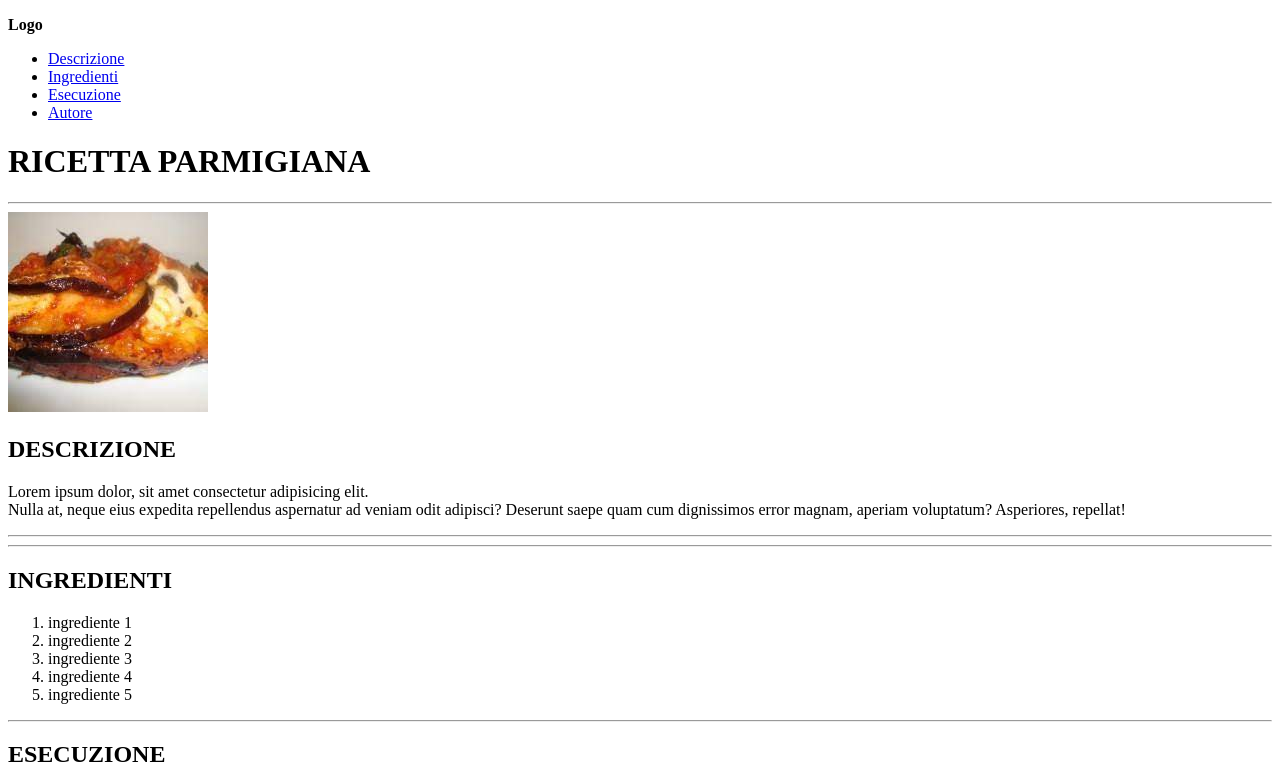
Repository: MicTomm/corso-frontend
Page: HTML/parmigiana/cdi.html
These files come from the project's save history. The page is drawn as it stood at one moment and after the next save; the edit follows.
The browser window is 1280 px wide. The pictures show the part of the page from y = 0 to 768 px (the page is 1876 px tall before and 1884 px after).
A picture or video elsewhere on the page could not be fetched, so the positions and the page height are approximate.

Above is the page before, as saved 2023-11-07 12:49:52.

### HTML/parmigiana/cdi.html
<!DOCTYPE html>
<html lang="it">

<head>
  <meta charset="UTF-8">
  <meta name="viewport" content="width=device-width, initial-scale=1.0">
  <title>Ricetta PArmigiana</title>
</head>

<body>
  <header>
    <div>
      <p><strong>Logo</strong></p>
    </div>
    <nav>
      <ul>
        <li><a href="#descrizione">Descrizione</a></li>
        <li><a href="#ingredienti">Ingredienti</a></li>
        <li><a href="#esecuzione">Esecuzione</a></li>
        <li><a href="#autore">Autore</a></li>
      </ul>
    </nav>
  </header>
  <main>
    <h1>RICETTA PARMIGIANA</h1>
    <hr>
    <article id="descrizione">
      <img src="./img/parmigiana.jpg" alt="parmigiana" title="parmigiana">
      <h2>DESCRIZIONE</h2>
      <p>Lorem ipsum dolor, sit amet consectetur adipisicing elit. <br />Nulla at, neque eius expedita repellendus
        aspernatur
        ad veniam odit adipisci? Deserunt saepe quam cum dignissimos error magnam, aperiam voluptatum? Asperiores,
        repellat!</p>
    </article>
    <hr>
    <section id="ingredienti">
      <hr>
      <h2>INGREDIENTI</h2>
      <ol>
        <li>ingrediente 1</li>
        <li>ingrediente 2</li>
        <li>ingrediente 3</li>
        <li>ingrediente 4</li>
        <li>ingrediente 5</li>
      </ol>
    </section>
    <hr />
    <section id="esecuzione">
      <h2>ESECUZIONE</h2>
      <ol>
        <li>
          <img src="https://cdn.cook.stbm.it/thumbnails/ricette/142/142695/Parmigiana-di-melanzane-semplice-19-w400.jpg"
            alt="passaggio 1"><br />Lorem ipsum dolor sit amet consectetur adipisicing elit. Autem vero facilis ratione
          soluta voluptas reiciendis magnam. Animi voluptate, quidem officia eligendi veritatis perferendis maxime
          blanditiis dolorem, natus soluta pariatur facere.
        </li>
        <li>
          <img src="https://cdn.cook.stbm.it/thumbnails/ricette/142/142695/Parmigiana-di-melanzane-semplice-23-w400.jpg"
            alt="passaggio 2"><br />Lorem ipsum dolor sit amet consectetur adipisicing elit. Eos aliquam nesciunt beatae
          dolores vel repellat quibusdam numquam dolorum tempore laborum non ullam enim, ex ipsum veritatis provident
          officiis reiciendis doloribus.
        </li>
        <li>
          <img src="https://cdn.cook.stbm.it/thumbnails/ricette/142/142695/Parmigiana-di-melanzane-semplice-27-w400.jpg"
            alt="passaggio 3"><br />Lorem ipsum dolor sit amet consectetur adipisicing elit. Est temporibus laborum,
          asperiores beatae autem voluptatum incidunt saepe ab eos non nostrum mollitia veritatis recusandae maiores
          culpa
          harum. Culpa, quia consequuntur?
        </li>
      </ol>
    </section>
  </main>
  <hr />
  <footer>
    <p id="autore">Parmigiana - Michele</p>
  </footer>
</body>

</html>

After the next save:
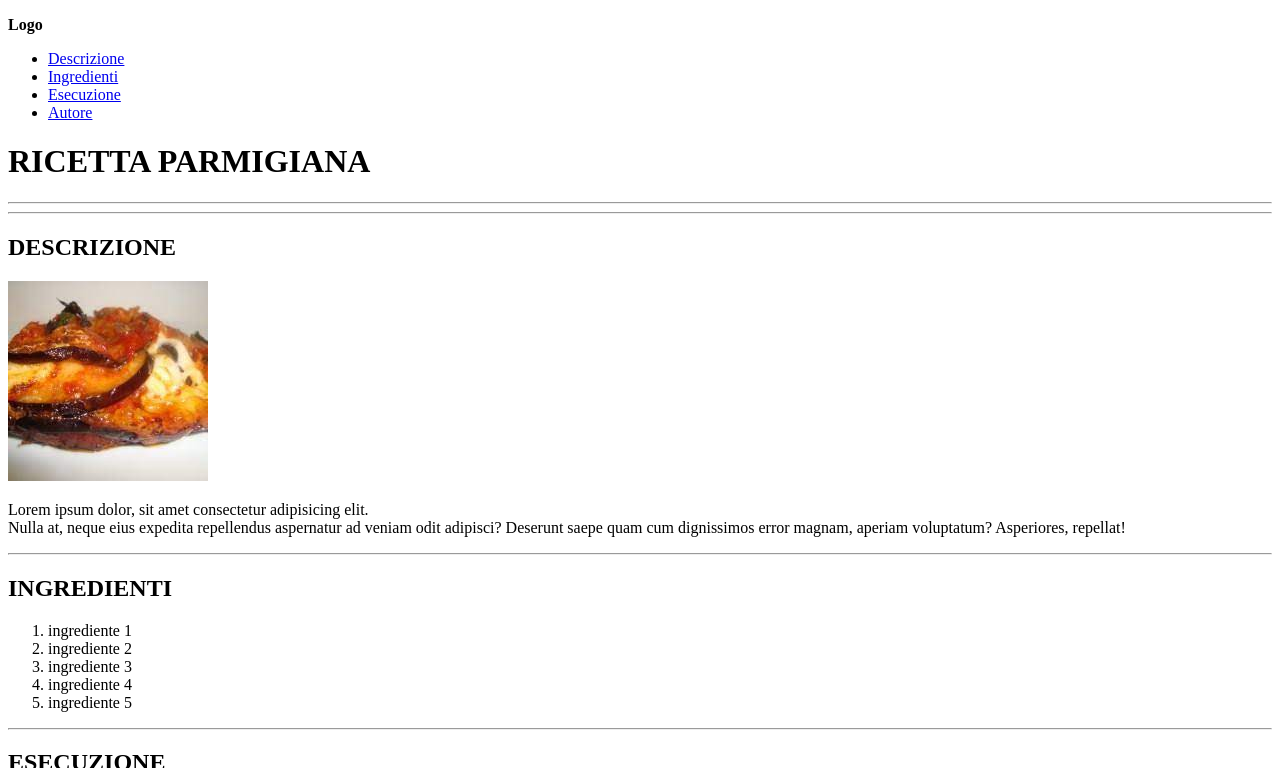
Saved 71 s later.
--- a/HTML/parmigiana/cdi.html
+++ b/HTML/parmigiana/cdi.html
@@ -25,14 +25,14 @@
     <h1>RICETTA PARMIGIANA</h1>
     <hr>
     <article id="descrizione">
+      <hr>
+      <h2>DESCRIZIONE</h2>
       <img src="./img/parmigiana.jpg" alt="parmigiana" title="parmigiana">
-      <h2>DESCRIZIONE</h2>
       <p>Lorem ipsum dolor, sit amet consectetur adipisicing elit. <br />Nulla at, neque eius expedita repellendus
         aspernatur
         ad veniam odit adipisci? Deserunt saepe quam cum dignissimos error magnam, aperiam voluptatum? Asperiores,
         repellat!</p>
     </article>
-    <hr>
     <section id="ingredienti">
       <hr>
       <h2>INGREDIENTI</h2>
